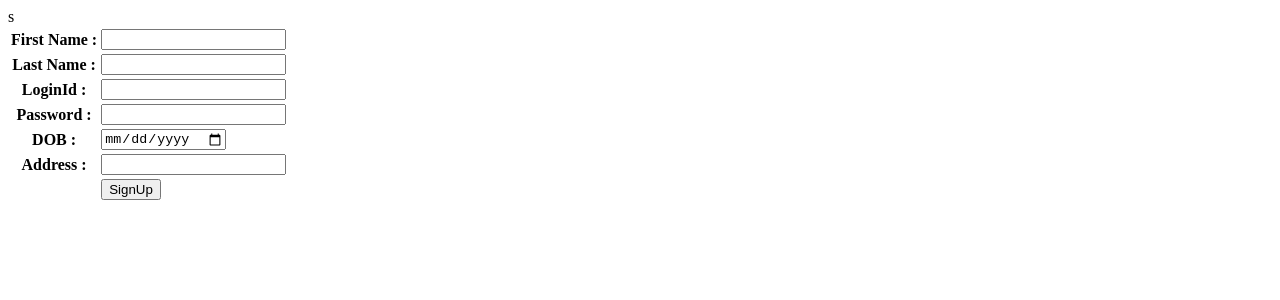
Repository: vikash9562/AdvanceJava
Page: http://localhost/DynamicProject/UserRegistration.jsp
An editor plug-in stored every save of this project. The page is shown before and after the next save, followed by the edit.
The browser window is 1280 px wide. The pictures show the whole page.
The page is served by Tomcat 9. Other server files are loaded and not shown.

Above is the page before, as saved 2023-08-16 07:45:33.

### advance java/DynamicProject/WebContent/UserRegistration.jsp
<%@ page language="java" contentType="text/html; charset=ISO-8859-1"
	pageEncoding="ISO-8859-1"%>
<!DOCTYPE html>
<html>
<head>
<meta charset="ISO-8859-1">
<title>Insert title here</title>
</head>
<body>
	<form action="FirstServlet">
		<table>s
			<tr>
				<th>First Name :</th>
				<td><input type="text" name="firstName"></td>
			</tr>
			<tr>
				<th>Last Name :</th>
				<td><input type="text" name="lastName"></td>
			</tr>
			<tr>
				<th>LoginId :</th>
				<td><input type="text" name="loginId"></td>
			</tr>
			<tr>
				<th>Password :</th>
				<td><input type="password" name="password"></td>
			</tr>
			<tr>
				<th>DOB :</th>
				<td><input type="date" name="dob"></td>
			</tr>
			<tr>
				<th>Address :</th>
				<td><input type="text" name="address"></td>
			</tr>
			<tr>
				<th></th>
				<td><input type="submit" value="SignUp"></td>
			</tr>
		</table>
	</form>
</body>
</html>

After the next save:
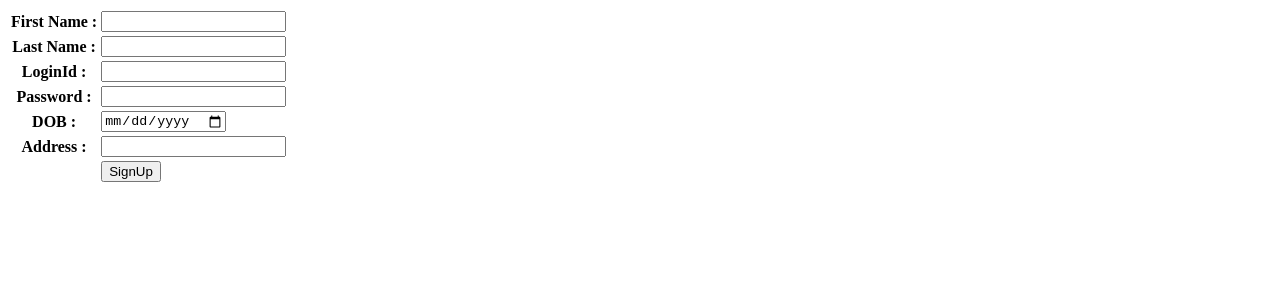
Saved 90 s later.
--- a/advance java/DynamicProject/WebContent/UserRegistration.jsp
+++ b/advance java/DynamicProject/WebContent/UserRegistration.jsp
@@ -7,8 +7,8 @@
 <title>Insert title here</title>
 </head>
 <body>
-	<form action="FirstServlet">
-		<table>s
+	<form action="FirstServlet" method="post">
+		<table>
 			<tr>
 				<th>First Name :</th>
 				<td><input type="text" name="firstName"></td>
